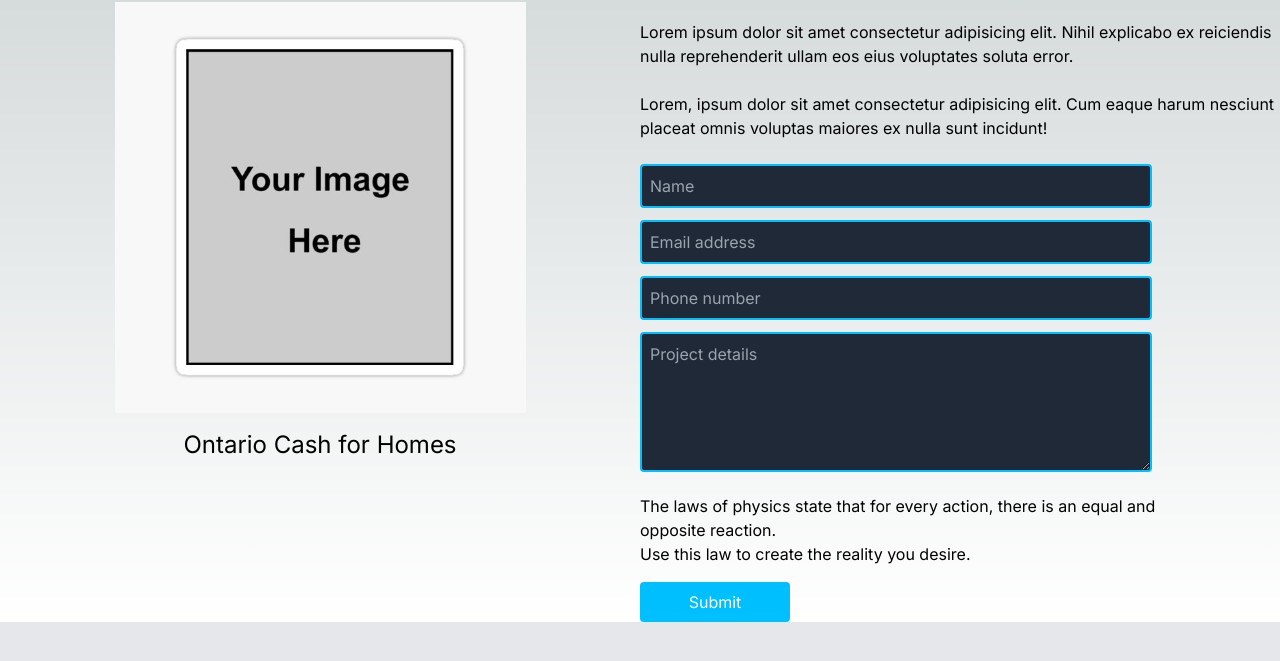
Repository: TMuse333/cash-for-homes
Page: /jv-partners (app in frontend/)
These files come from the project's save history. The page is drawn as it stood at one moment and after a run of saves; the edit follows.
The browser window is 1280 px wide. The pictures show the whole page.
The project was rebuilt for these pictures with package versions that can differ from the ones it lists, and the page was loaded fresh each time. The framework's server and built-in components were replaced by stand-ins that run in the browser. Also part of the build but not shown: frontend/next.config.mjs.

Above is the page before, as saved 2024-08-03 17:26:11.

After the next 6 saves:
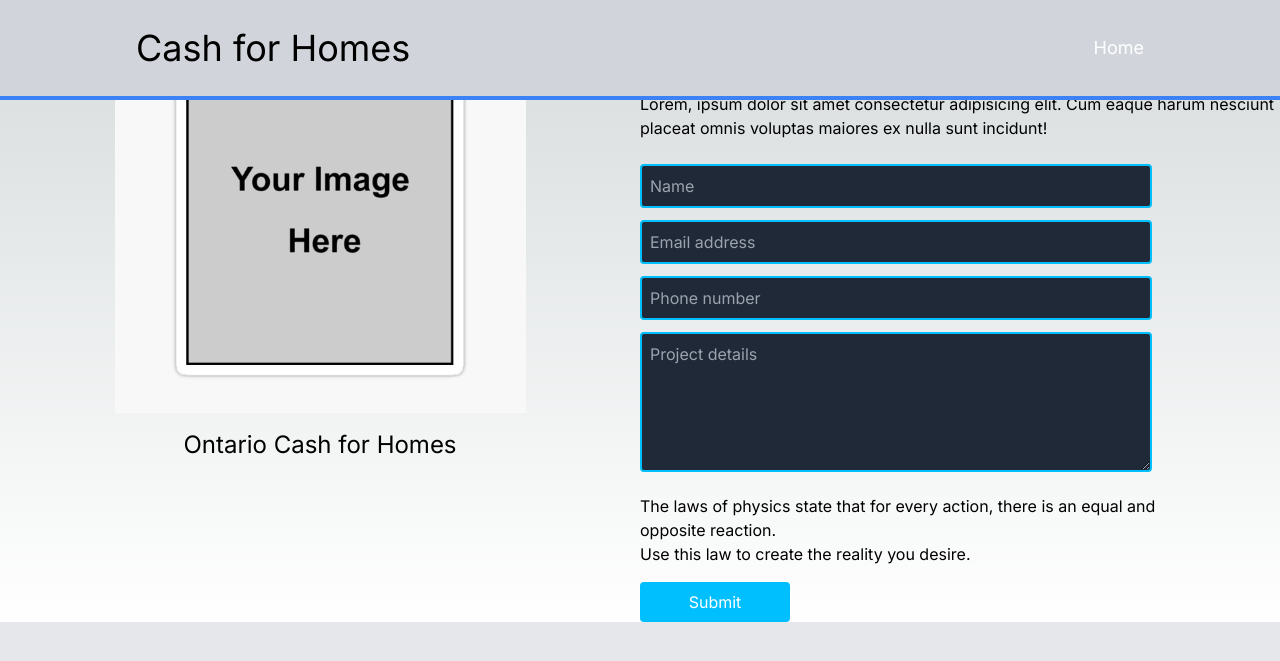
The 6 saves are shown as one change because 2 did not build or start and some came seconds apart.
The last was saved 18 s later.
--- a/frontend/src/app/jv-partners/page.tsx
+++ b/frontend/src/app/jv-partners/page.tsx
@@ -1,5 +1,6 @@
 "use client"
 import ContactForm from "@/components/contactForm"
+import Navbar from "@/components/navbar"
 import React from "react"
 
 const ContactPage = () => {
@@ -12,9 +13,13 @@ const ContactPage = () => {
 
     ]
 
-    return <main className="w-screen overflow-x-hidden">
+    return <>
+    <Navbar links={links}
+    />
+    <main className="w-screen overflow-x-hidden">
         <ContactForm/>
     </main>
+    </>
 }
 
 
